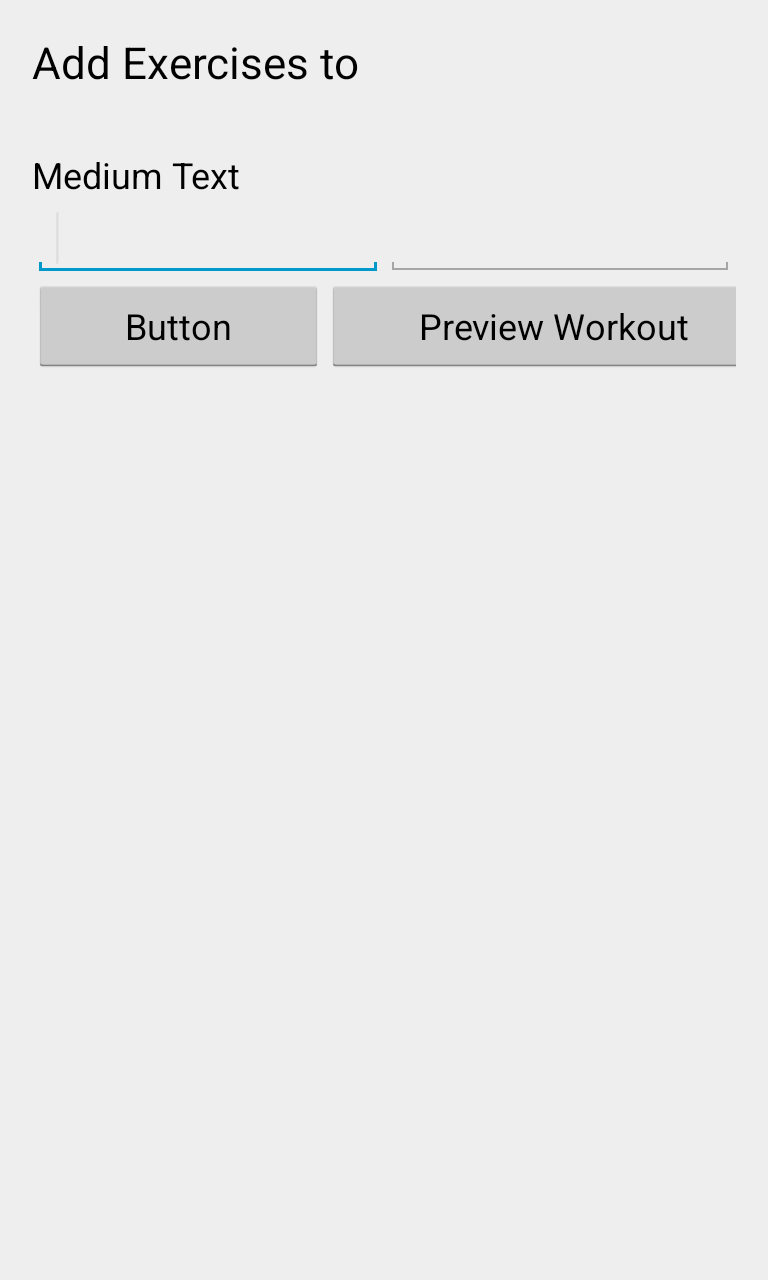
Repository: jmcdon09/EZWorkout
Layout: EzTrain/EzTrain/res/layout/activity_add_exercises.xml
These files come from the project's save history. The layout is drawn as it stood at one moment and after the next save; the edit follows.
It is drawn on a 768 x 1280 px phone screen (xhdpi) without system bars, with theme AppTheme; the app's code is not run. Lists and similar views that code fills are empty.

Above is the layout before, as saved 2014-03-29 01:25:32.

After the next save:
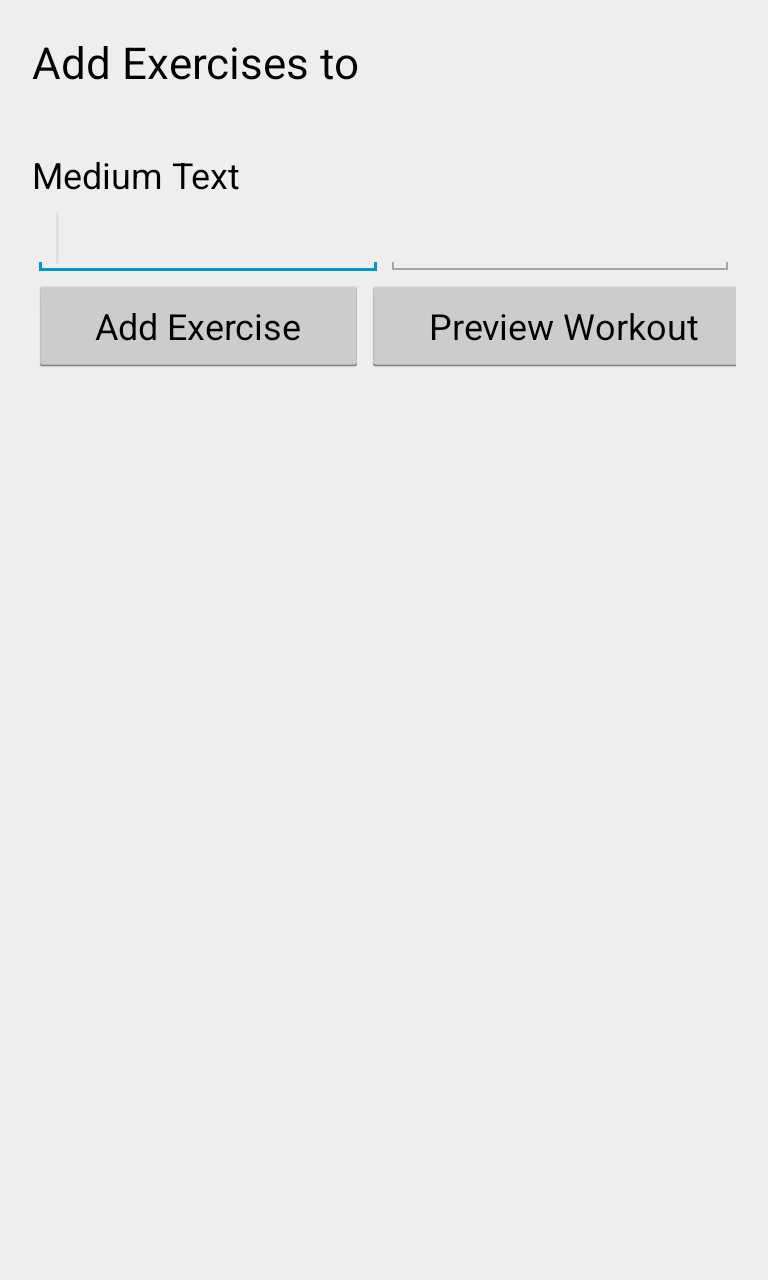
Saved 12 s later.
--- a/EzTrain/EzTrain/res/layout/activity_add_exercises.xml
+++ b/EzTrain/EzTrain/res/layout/activity_add_exercises.xml
@@ -102,7 +102,7 @@
             android:id="@+id/add_exercise"
             android:layout_width="wrap_content"
             android:layout_height="wrap_content"
-            android:text="Button" />
+            android:text="@string/add_exercise" />
 
         <Button
             android:layout_weight="60"
